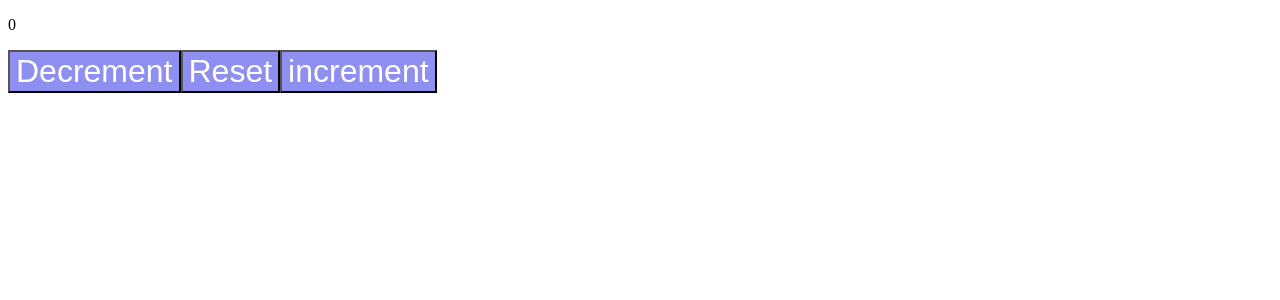
Repository: wakoya-tech/my-react-practice
Page: /
These files come from the project's save history. The page is drawn as it stood at one moment and after the next save; the edit follows.
The browser window is 1280 px wide. The pictures show the whole page.
The project was rebuilt for these pictures with package versions that can differ from the ones it lists, and the page was loaded fresh each time. Also part of the build but not shown: vite.config.js.

Above is the page before, as saved 2025-10-02 11:25:39.

After the next save:
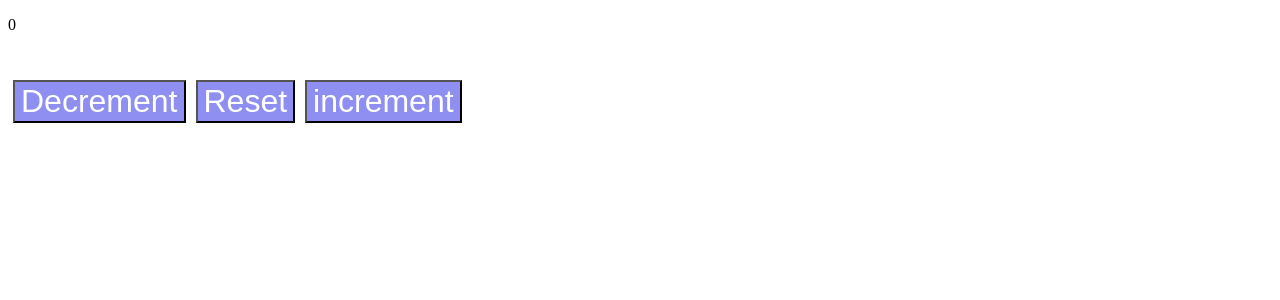
Saved 53 s later.
--- a/src/index.css
+++ b/src/index.css
@@ -6,4 +6,5 @@ button{
   align-items: center;
   justify-items: center;
   justify-content: center;
+  margin: 30px 5px ;
 }
